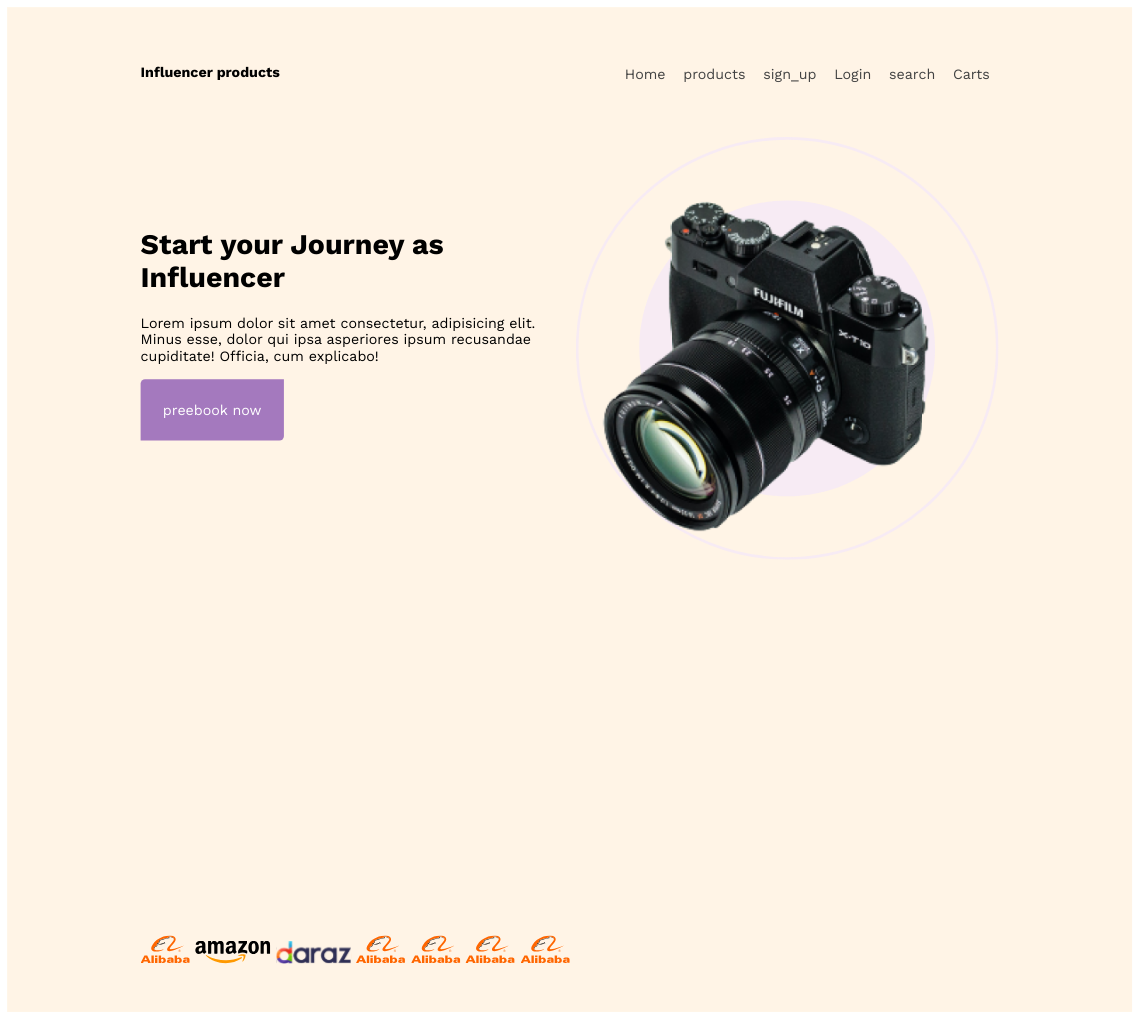
Repository: RudrasahaDibos/Camera-gear
Page: index.html
An editor plug-in stored every save of this project. The page is shown before and after a run of saves, followed by the edit.
The browser window is 1280 px wide. The pictures show the whole page, at 89% of full size.

Above is the page before, as saved 2024-10-08 16:26:17.

After the next 4 saves:
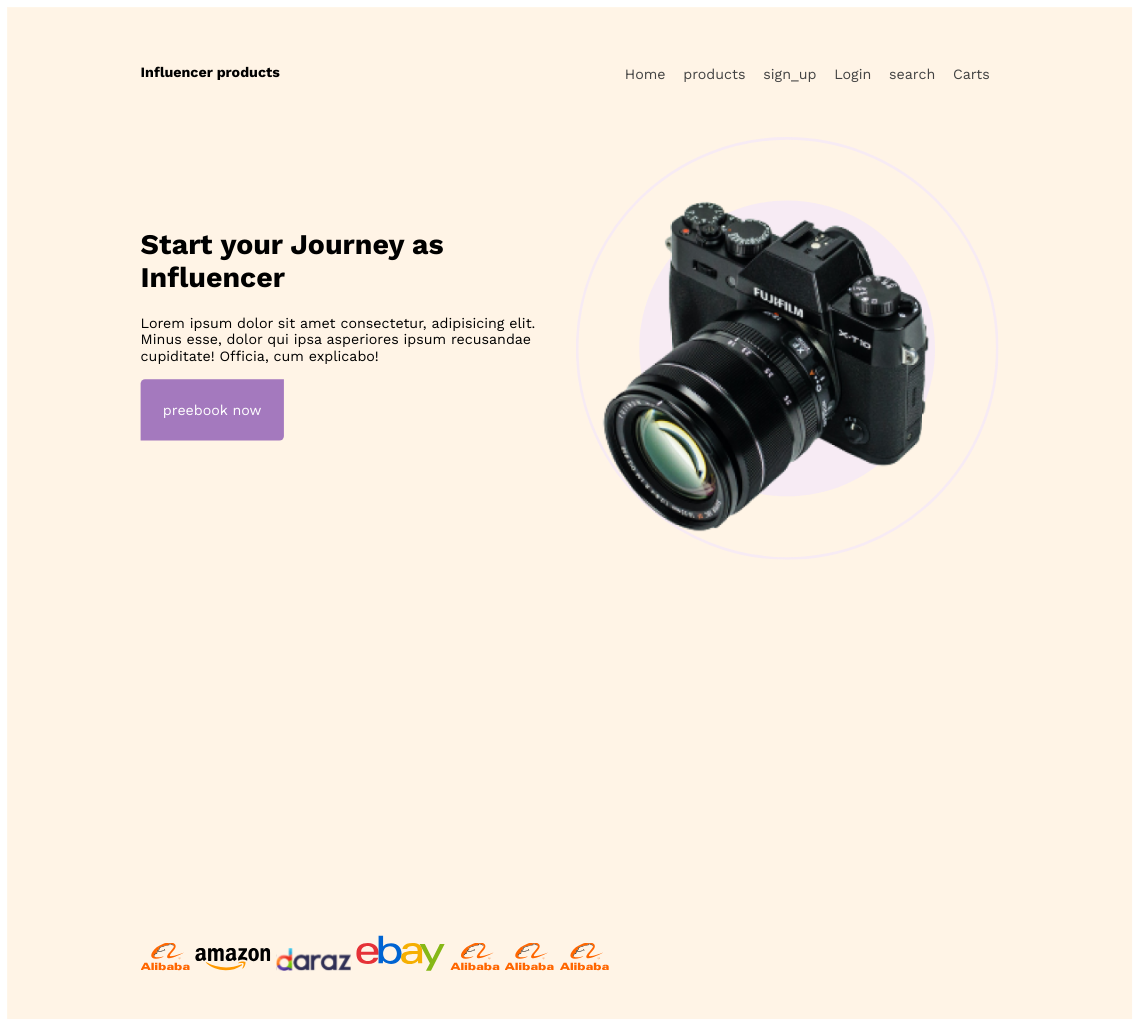
The 4 saves are shown as one change because they came seconds apart.
The last was saved 11 s later.
--- a/index.html
+++ b/index.html
@@ -44,7 +44,7 @@
                 <img src="/logos/Alibaba.svg" alt="">
                 <img src="/logos/Amazon.svg" alt="">
                 <img src="/logos/Daraz.pk Logo.svg" alt="">
-                <img src="/logos/Alibaba.svg" alt="">
+                <img src="/logos/Ebay.svg" alt="">
                 <img src="/logos/Alibaba.svg" alt="">
                 <img src="/logos/Alibaba.svg" alt="">
                 <img src="/logos/Alibaba.svg" alt="">
